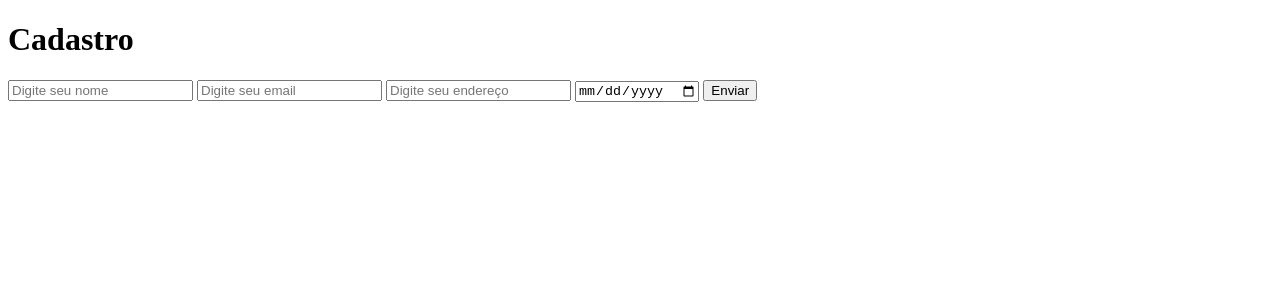
Repository: rodneyems/java-web-fj21
Page: fj21-agenda/WebContent/index.html
An editor plug-in stored every save of this project. The page is shown before and after the next save, followed by the edit.
The browser window is 1280 px wide. The pictures show the whole page.

Above is the page before, as saved 2021-07-01 00:55:46.

### fj21-agenda/WebContent/index.html
<!DOCTYPE html>
<html>
<head>
<meta charset="UTF-8">
<title>Rodney</title>
</head>
<body>
	<h1>Cadastro</h1>
	<form action="adicionaContato">
		<input type="text" name="nome" placeholder="Digite seu nome"></input>
		<input type="text" name="email" placeholder="Digite seu email"></input>
		<input type="text" name="endereco" placeholder="Digite seu endereço"></input>
		<input type="date" name="data" placeholder="Digite seu Data de nascimento"></input>
		<button type="submit">Enviar</button>
	</form>
</body>
</html>

After the next save:
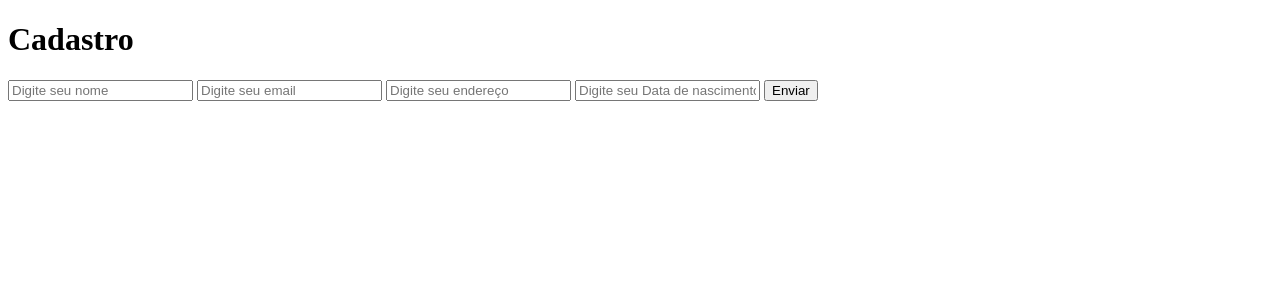
Saved 3 min 10 s later.
--- a/fj21-agenda/WebContent/index.html
+++ b/fj21-agenda/WebContent/index.html
@@ -10,7 +10,7 @@
 		<input type="text" name="nome" placeholder="Digite seu nome"></input>
 		<input type="text" name="email" placeholder="Digite seu email"></input>
 		<input type="text" name="endereco" placeholder="Digite seu endereço"></input>
-		<input type="date" name="data" placeholder="Digite seu Data de nascimento"></input>
+		<input type="text" name="data" placeholder="Digite seu Data de nascimento"></input>
 		<button type="submit">Enviar</button>
 	</form>
 </body>
